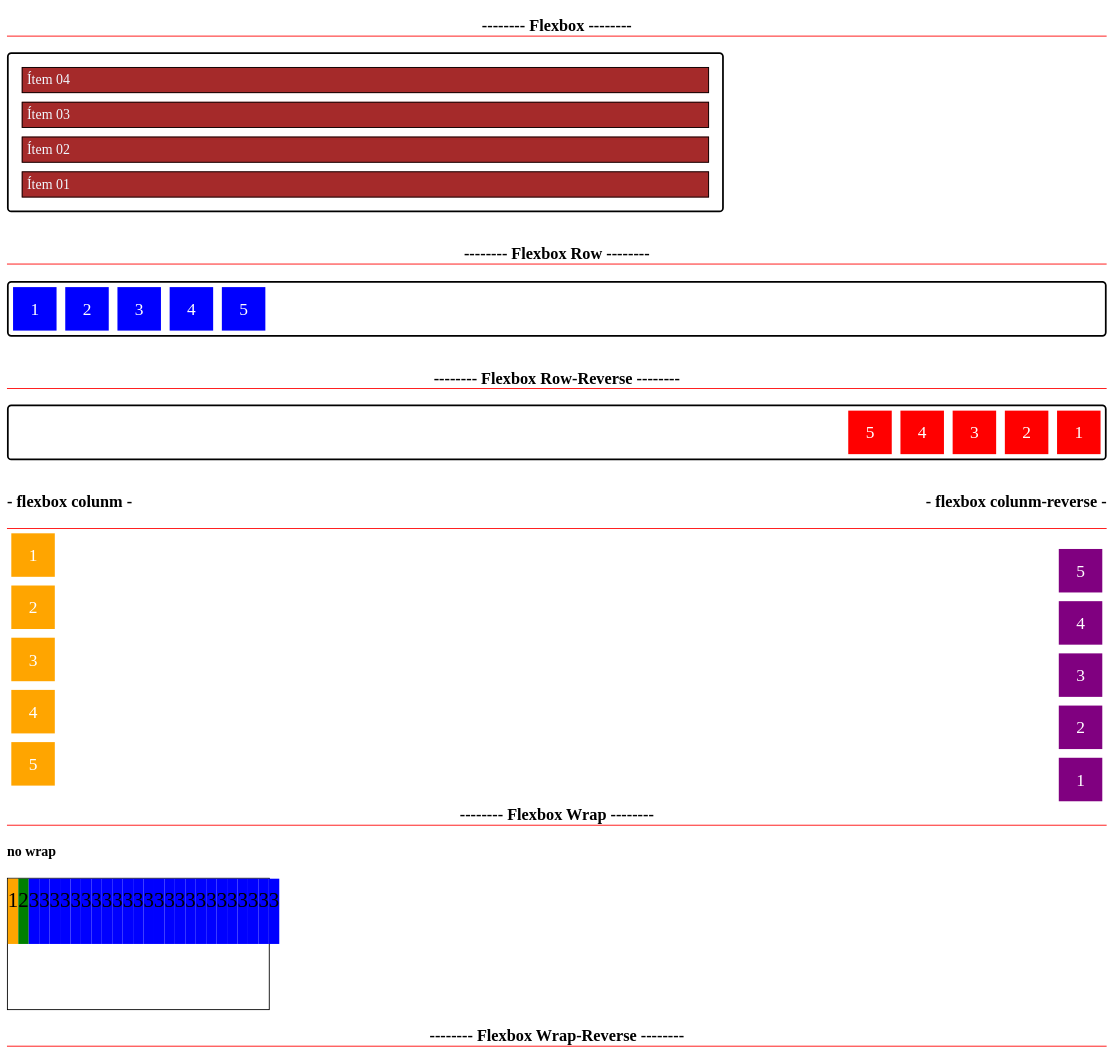
Repository: ozielms/flexbox
Page: outros/flexbox-master/index.html
The author's editor kept a copy of each file at every save. The page is drawn from the files as they stood at one save, then again after the next save.
The browser window is 1280 px wide. The pictures show the whole page, at 87% of full size.

Above is the page before, as saved 2022-04-26 00:29:34.

After the next save:
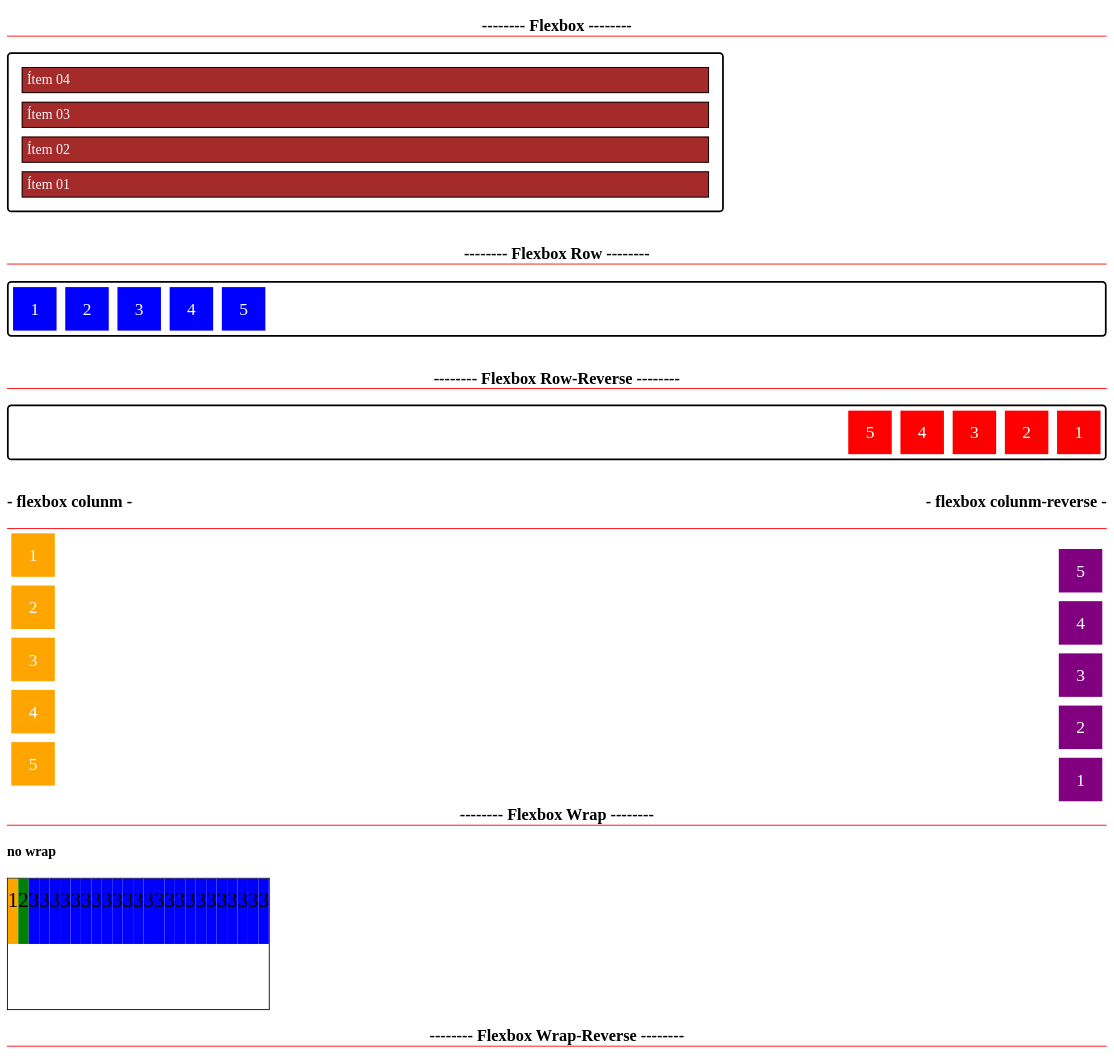
Saved 7 s later.
--- a/outros/flexbox-master/index.html
+++ b/outros/flexbox-master/index.html
@@ -102,7 +102,6 @@
         <div class="item blue">3</div>
         <div class="item blue">3</div>
         <div class="item blue">3</div>
-        <div class="item blue">3</div>
     </div>
 
 
